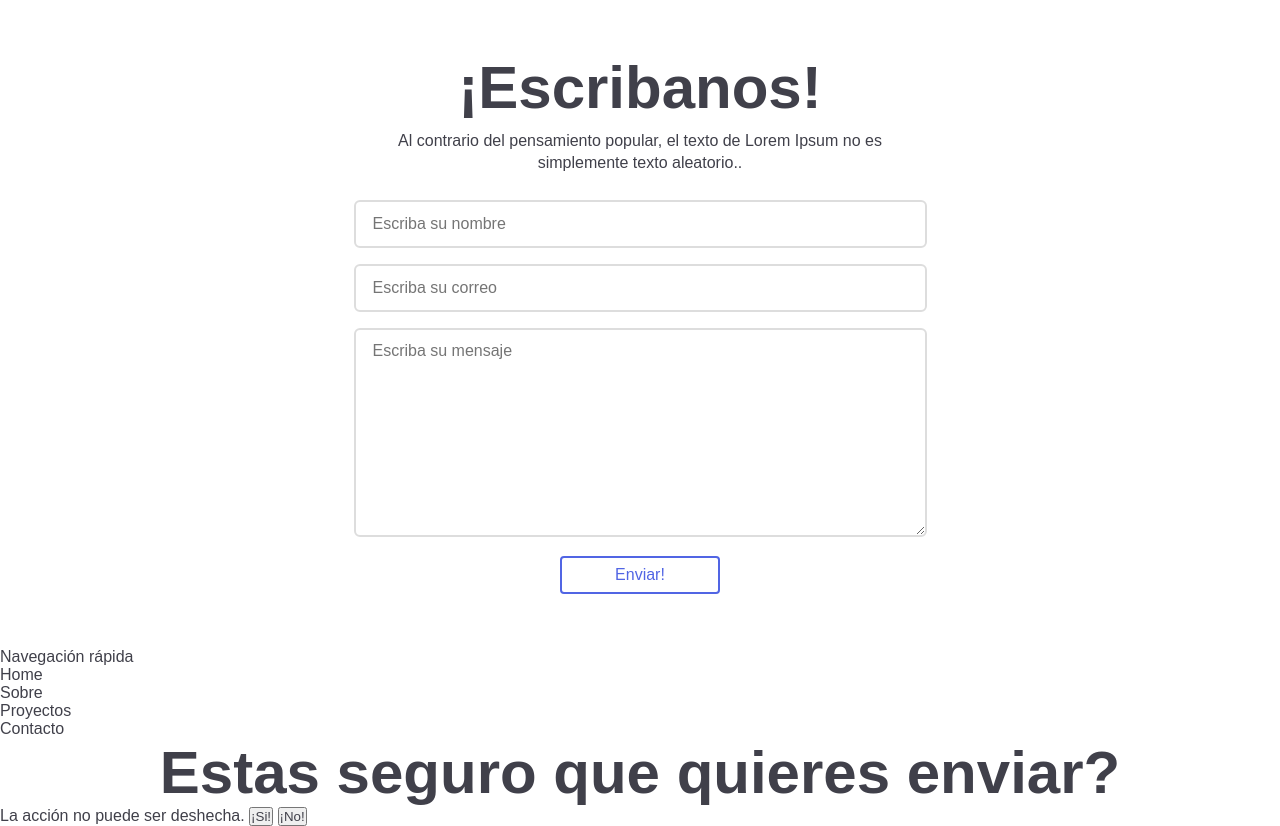
Repository: robsonmarkes/accesibilidad
Page: index.html
The author's editor kept a copy of each file at every save. The page is drawn from the files as they stood at one save, then again after the next save.
The browser window is 1280 px wide. The pictures show the part of the page from y = 1369 to 2195 px (the page is 2195 px tall).
The pointer rests on the first visible `.wrap .content .article form fieldset button`.
A picture or video elsewhere on the page could not be fetched, so the positions and the page height are approximate.

Above is the page before, as saved 2022-10-11 11:08:46.

After the next save:
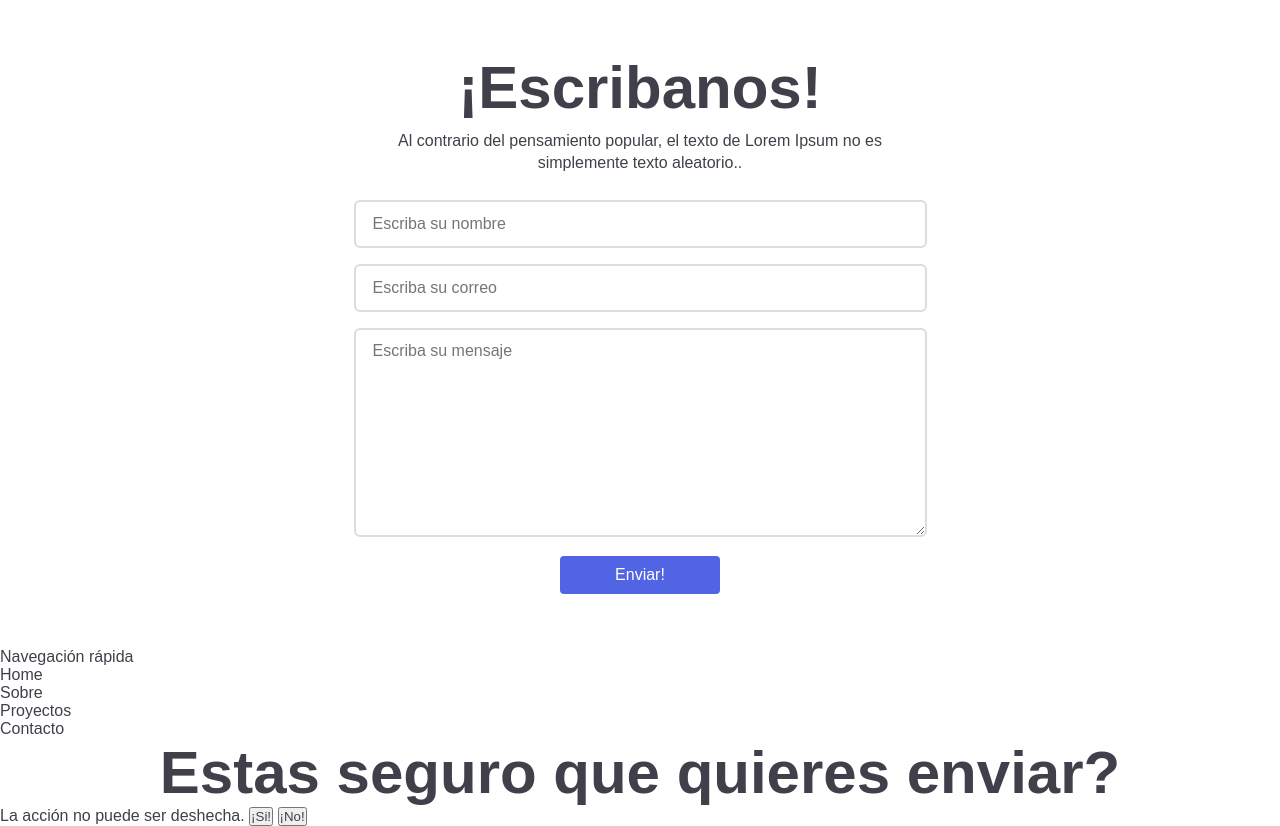
Saved 60 s later.
--- a/style.css
+++ b/style.css
@@ -174,3 +174,9 @@ body a:hover {
     color: var(--primary-bg);
     transition: var(--transition-time) background-color;
 }
+
+.wrap .content .article form fieldset button:hover {
+    background-color: var(--primary-bg);
+    color: var(--primary-color);
+    border-color: var(--primary-bg);
+}
